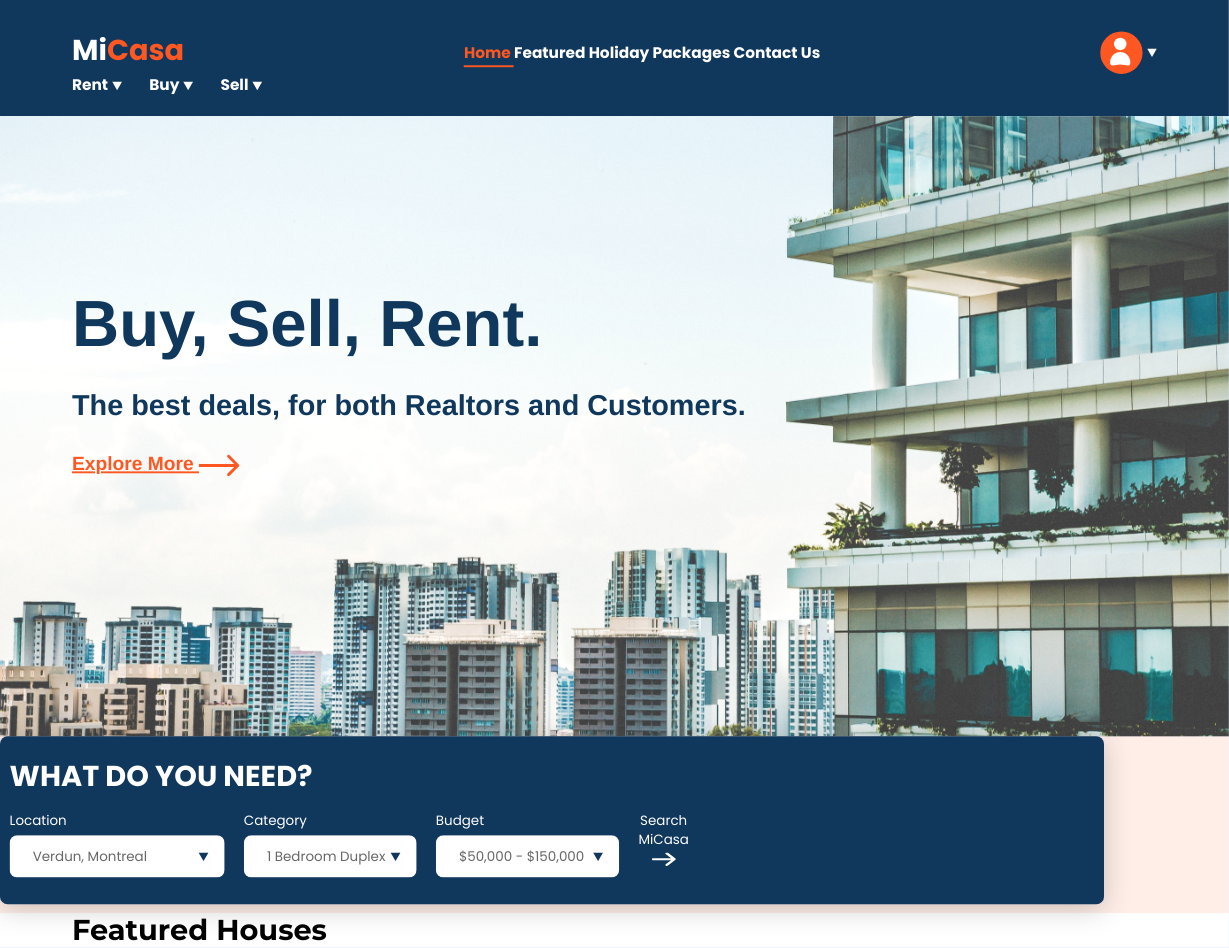
Repository: BenUnyolo/micasa-frontend
Page: index.html
These files come from the project's save history. The page is drawn as it stood at one moment and after the next save; the edit follows.
The browser window is 1280 px wide. The pictures show the whole page, at 96% of full size.

Above is the page before, as saved 2021-10-17 13:04:29.

After the next save:
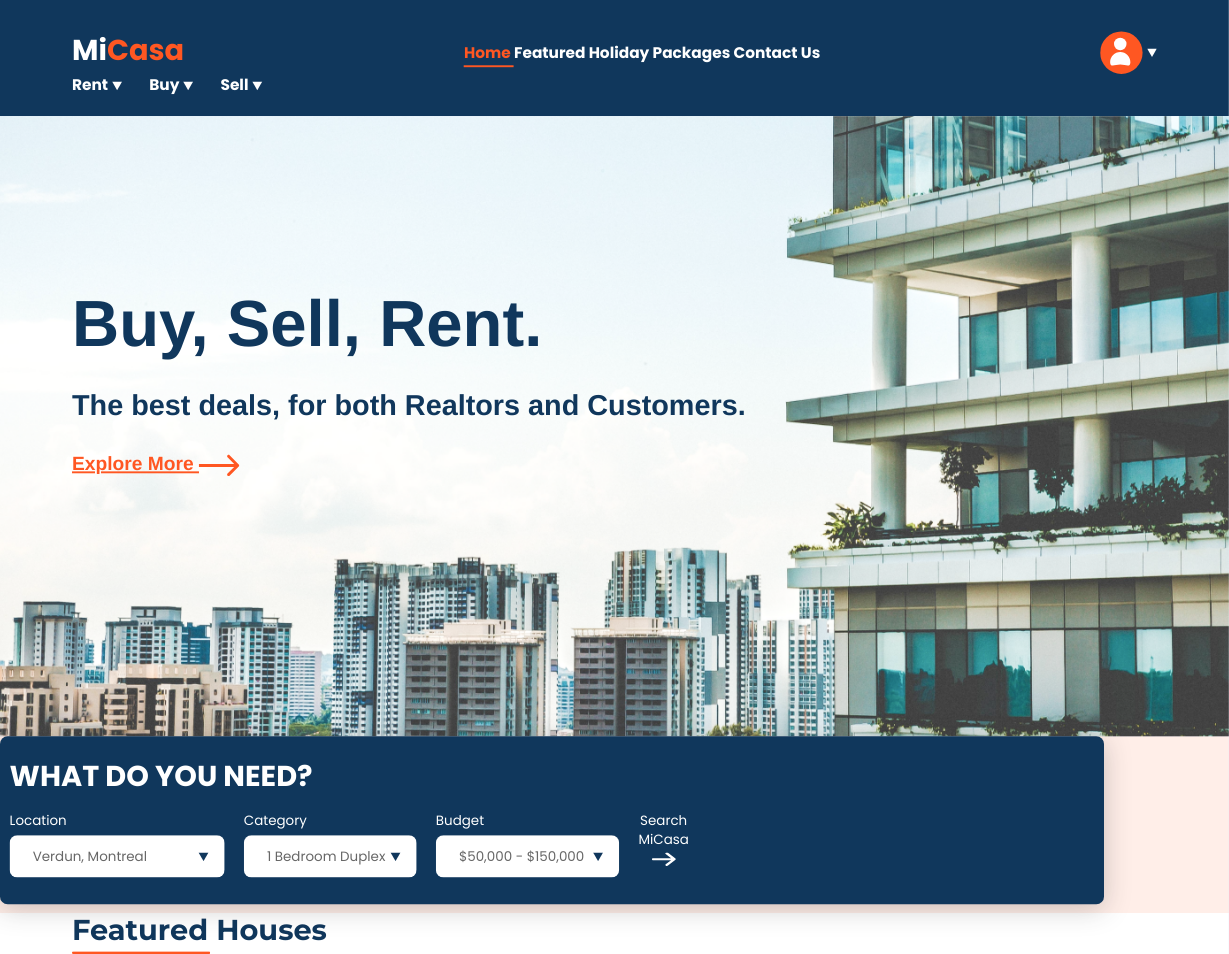
Saved 12 s later.
--- a/index.html
+++ b/index.html
@@ -248,7 +248,7 @@
 
     <!-- FEATURED HOUSES -->
     <div class="pt-24 inner-container">
-      <h3 class="">Featured Houses</h3>
+      <h3 class="orange-underline">Featured Houses</h3>
     </div>
   </body>
 </html>
